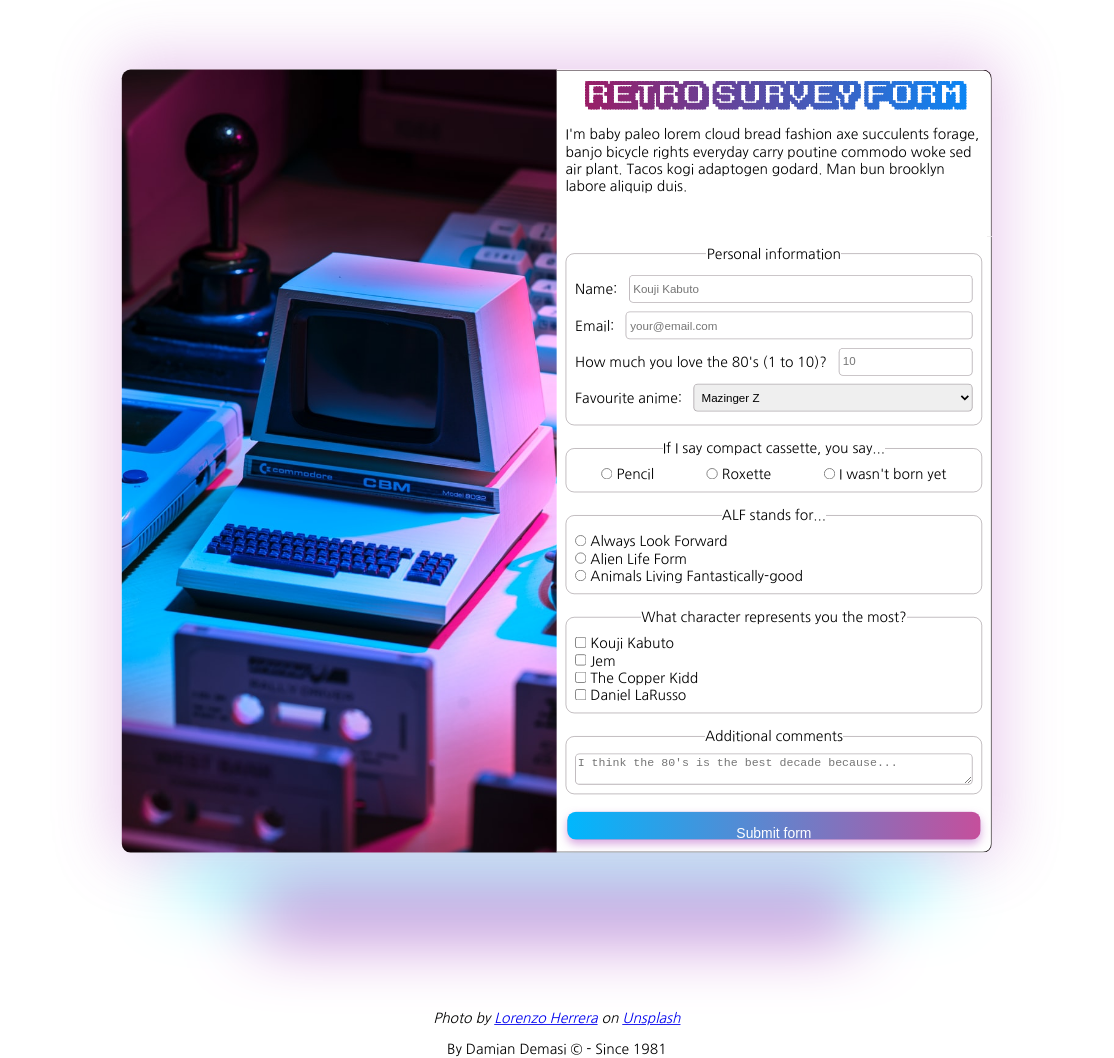
Repository: Colo-Codes/freecodecamp-02-Build-a-Survey-Form
Page: index.html
These files come from the project's save history. The page is drawn as it stood at one moment and after the next save; the edit follows.
The browser window is 1280 px wide. The pictures show the whole page, at 87% of full size.

Above is the page before, as saved 2021-05-19 08:52:25.

After the next save:
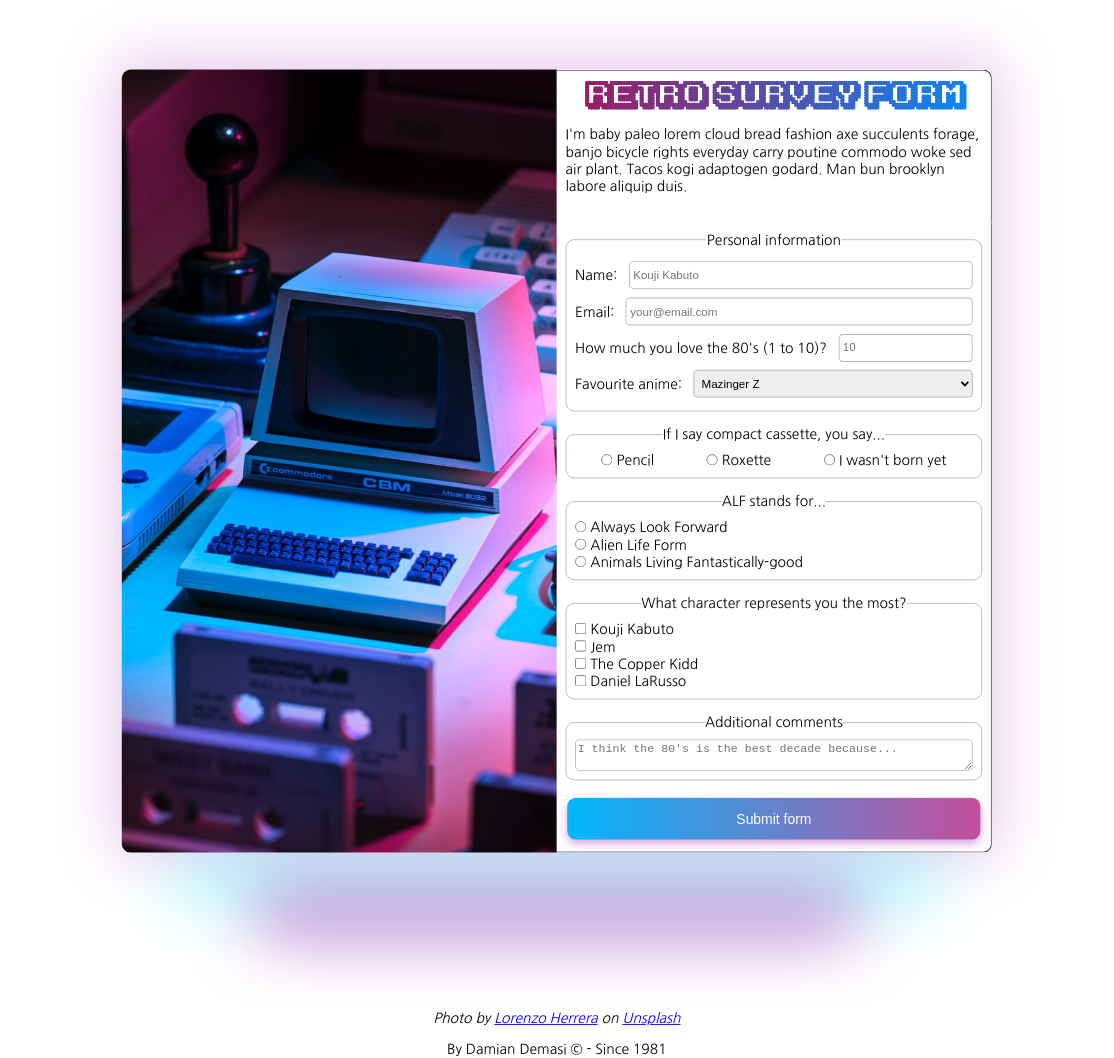
Saved 5 s later.
--- a/resources/css/index.css
+++ b/resources/css/index.css
@@ -139,7 +139,7 @@ input[type=submit] {
     font-size: 1rem;
     cursor: pointer;
     box-shadow: 0 5px 10px rgba(181, 83, 196, .5);
-    height: 2rem;
+    height: 3rem;
 }
 input[type=submit]:hover {
     box-shadow: 0 2px 5px rgba(0, 0, 0, .5);
